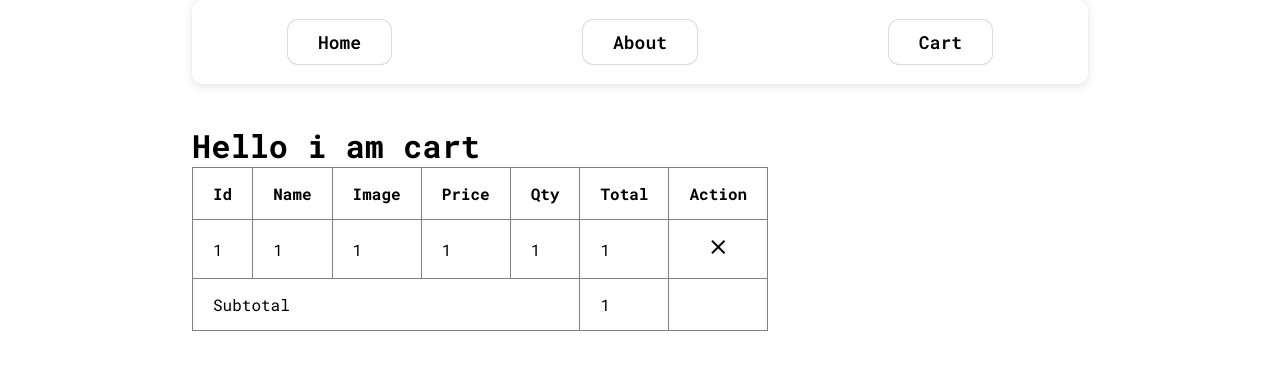
Repository: tuankiet10920/vuejs
Page: /cart
The author's editor kept a copy of each file at every save. The page is drawn from the files as they stood at one save, then again after the next save.
The browser window is 1280 px wide. The pictures show the whole page.
The project was rebuilt for these pictures with package versions that can differ from the ones it lists, and the page was loaded fresh each time. Also part of the build but not shown: vite.config.js.

Above is the page before, as saved 2024-08-24 12:09:48.

### index.html
<!DOCTYPE html>
<html lang="en">

<head>
  <meta charset="UTF-8">
  <link rel="icon" href="/favicon.ico">
  <meta name="viewport" content="width=device-width, initial-scale=1.0">
  <title>Vite App</title>
  <link rel="stylesheet"
    href="https://fonts.googleapis.com/css2?family=Material+Symbols+Outlined:opsz,wght,FILL,GRAD@24,400,0,0" />
  <link rel="preconnect" href="https://fonts.googleapis.com">
  <link rel="preconnect" href="https://fonts.gstatic.com" crossorigin>
  <link href="https://fonts.googleapis.com/css2?family=Roboto+Mono:ital,wght@0,100..700;1,100..700&display=swap"
    rel="stylesheet">
  <style>
    * {
      margin: 0;
      padding: 0;
      box-sizing: border-box;
      list-style: none;
      text-decoration: none;
      font-family: "Roboto Mono", monospace;
      font-style: normal;
    }

    body {
      width: 100%;
      display: flex;
      justify-content: center;
    }

    #app {
      width: 70%;
    }
  </style>
</head>

<body>
  <div id="app"></div>
  <script type="module" src="/src/main.js"></script>
</body>

</html>

### src/main.js
import { createApp } from 'vue'
import App from './App.vue'
import router from './router'
import lsProduct from '../public/data/lsProduct.json';

if(!localStorage.getItem('lsProduct')){
    localStorage.setItem('lsProduct', JSON.stringify(lsProduct));
}
if(!localStorage.getItem('cart')){
    let cart = [];
    localStorage.setItem('cart', JSON.stringify(cart));
}
const app = createApp(App)

app.use(router)

app.mount('#app')

### src/App.vue
<template>

  <!-- header -->
  <Header />
  <RouterView />

</template>
<script>
import { RouterLink, RouterView } from 'vue-router'
import Header from './components/header.vue'
export default {
  components: {
    Header
  }
}

</script>

### src/router/index.js
import { createRouter, createWebHistory } from 'vue-router'

const router = createRouter({
  history: createWebHistory(import.meta.env.BASE_URL),
  routes: [
    {
      path: '/',
      name: 'home',
      component: () => import('../views/HomeView.vue')
    },
    {
      path: '/about',
      name: 'about',
      component: () => import('../views/AboutView.vue')
    },
    {
      path: '/cart',
      name: 'cart',
      component: () => import('../views/CartView.vue')
    }
  ]
})

export default router

### public/data/lsProduct.json
[
    {
        "id" : 1,
        "name" : "Donna Born In Roma",
        "price" : 1000000,
        "image" : "product-1.webp"
    },
    {
        "id" : 2,
        "name" : "Frangipani Flower Cologne",
        "price" : 2000000,
        "image" : "product-2.webp"
    },
    {
        "id" : 3,
        "name" : "Glossier You Eau",
        "price" : 3000000,
        "image" : "product-3.webp"
    },
    {
        "id" : 4,
        "name" : "Mini Cheirosa",
        "price" : 4000000,
        "image" : "product-4.webp"
    }
]

### src/components/header.vue
<template>
    <div class="header">
        <ul>
            <li>
                <RouterLink to="/">Home</RouterLink>
            </li>
            <li>
                <RouterLink to="/about">About</RouterLink>
            </li>
            <li>
                <RouterLink to="/cart">Cart</RouterLink>
            </li>
        </ul>
    </div>
</template>

<script>
export default {

}
</script>

<style>
.header {
    width: 100%;
    padding: 20px 0px;
    border-radius: 10px;
    box-shadow: rgba(99, 99, 99, 0.2) 0px 2px 8px 0px;
    margin-bottom: 40px;
}

.header ul {
    display: flex;
    justify-content: space-around;
    width: 100%;
}

.header ul li {
    box-shadow: rgba(0, 0, 0, 0.02) 0px 1px 3px 0px, rgba(27, 31, 35, 0.15) 0px 0px 0px 1px;
    padding: 10px 30px;
    border-radius: 10px;
    transition: all .3s ease-in-out;
}

.header ul li a {
    color: #000;
    font-size: 18px;
    font-weight: 600;
}

.header ul li:hover {
    box-shadow: rgba(50, 50, 93, 0.25) 0px 30px 60px -12px inset, rgba(0, 0, 0, 0.3) 0px 18px 36px -18px inset;
    border-radius: 0px;
}

.header ul li:hover a {
    color: #fff;
}
</style>

### src/views/CartView.vue
<template>
  <div>
    <h1>Hello i am cart</h1>
    <Table />
  </div>
</template>

<script>
import Table from '../components/table.vue'
export default {
  components: {
    Table
  }
}
</script>

### src/components/table.vue
<template>
    <table border="1px">
        <thead>
            <tr>
                <th>Id</th>
                <th>Name</th>
                <th>Image</th>
                <th>Price</th>
                <th>Qty</th>
                <th>Total</th>
                <th>Action</th>
            </tr>
        </thead>
        <tbody>
            <tr>
                <td>1</td>
                <td>1</td>
                <td>1</td>
                <td>1</td>
                <td>1</td>
                <td>1</td>
                <td style="text-align: center;">
                    <span class="material-symbols-outlined">
                        close
                    </span>
                </td>
            </tr>
            <tr>
                <td colspan="5">Subtotal</td>
                <td>1</td>
            </tr>
        </tbody>
    </table>
</template>
<script>
export default {

}
</script>

<style>
table {
    border-collapse: collapse;
}

th,
td {
    padding: 15px 20px;
}
</style>

After the next save:
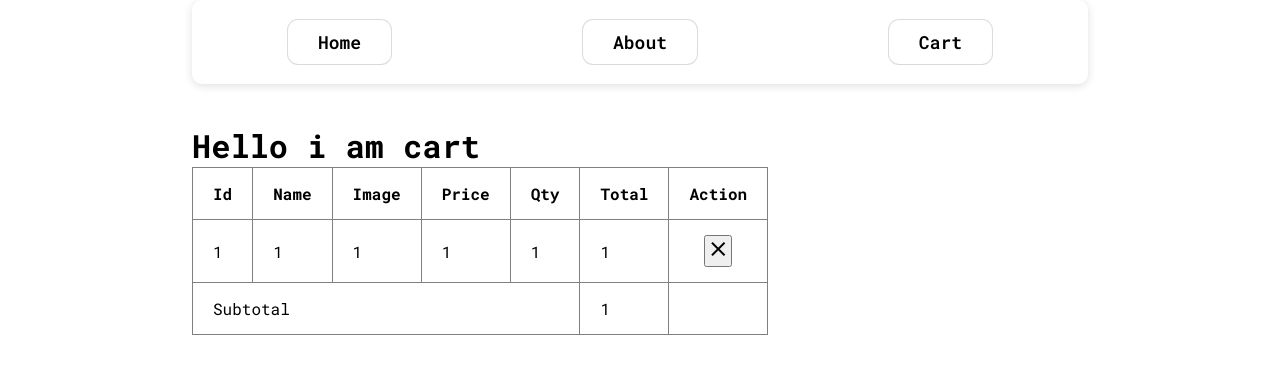
Saved 24 s later.
--- a/src/components/table.vue
+++ b/src/components/table.vue
@@ -19,10 +19,12 @@
                 <td>1</td>
                 <td>1</td>
                 <td>1</td>
-                <td style="text-align: center;">
-                    <span class="material-symbols-outlined">
-                        close
-                    </span>
+                <td id="btn-delete" style="text-align: center;">
+                    <button type="button">
+                        <span class="material-symbols-outlined">
+                            close
+                        </span>
+                    </button>
                 </td>
             </tr>
             <tr>
